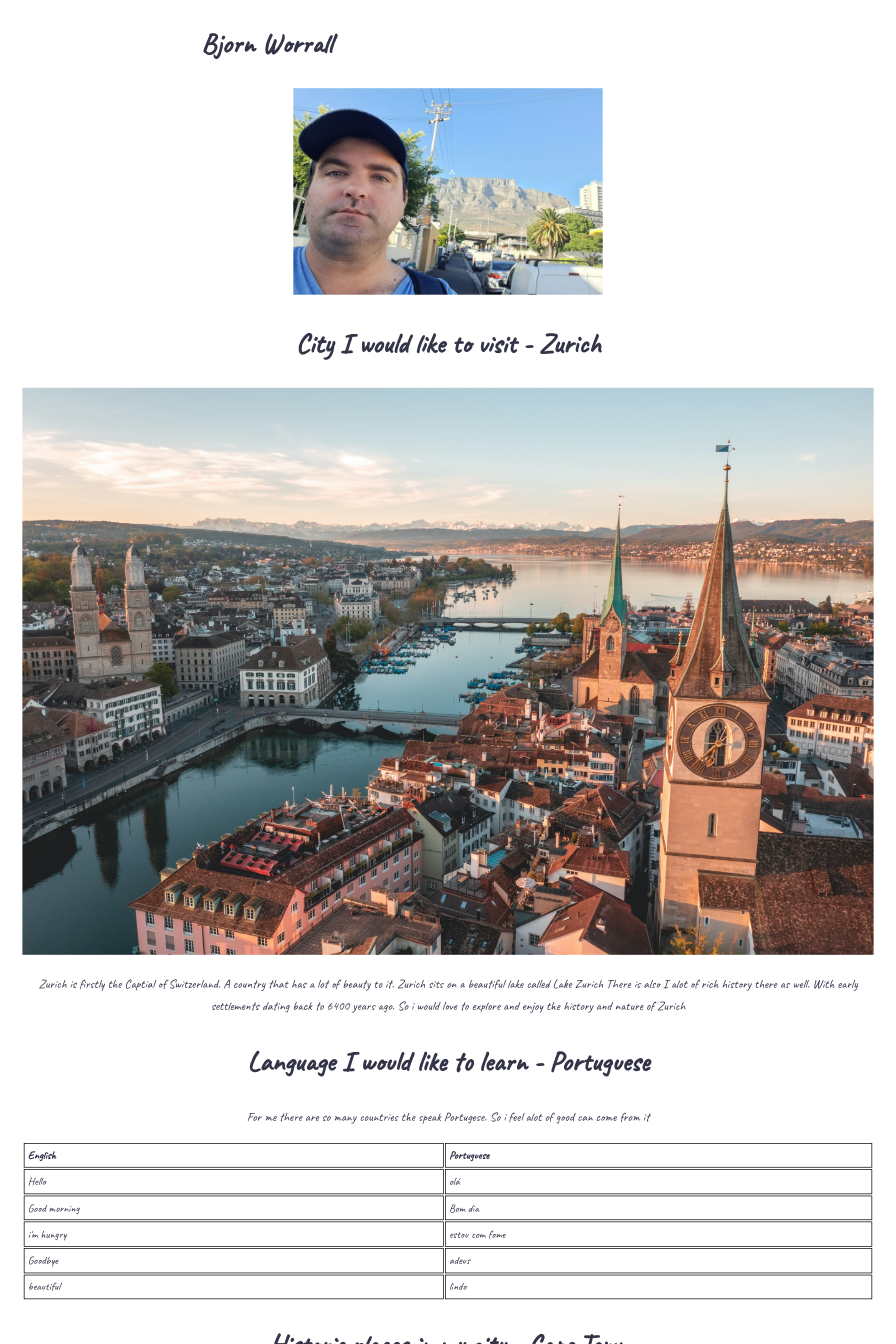
Repository: lasity34/basic-webpage
Page: my - webpage - grid.html
These files come from the project's save history. The page is drawn as it stood at one moment and after the next save; the edit follows.
The browser window is 1280 px wide. The pictures show the part of the page from y = 0 to 1920 px (the page is 3340 px tall before and 3286 px after), at 70% of full size.

Above is the page before, as saved 2023-03-06 16:26:28.

After the next save:
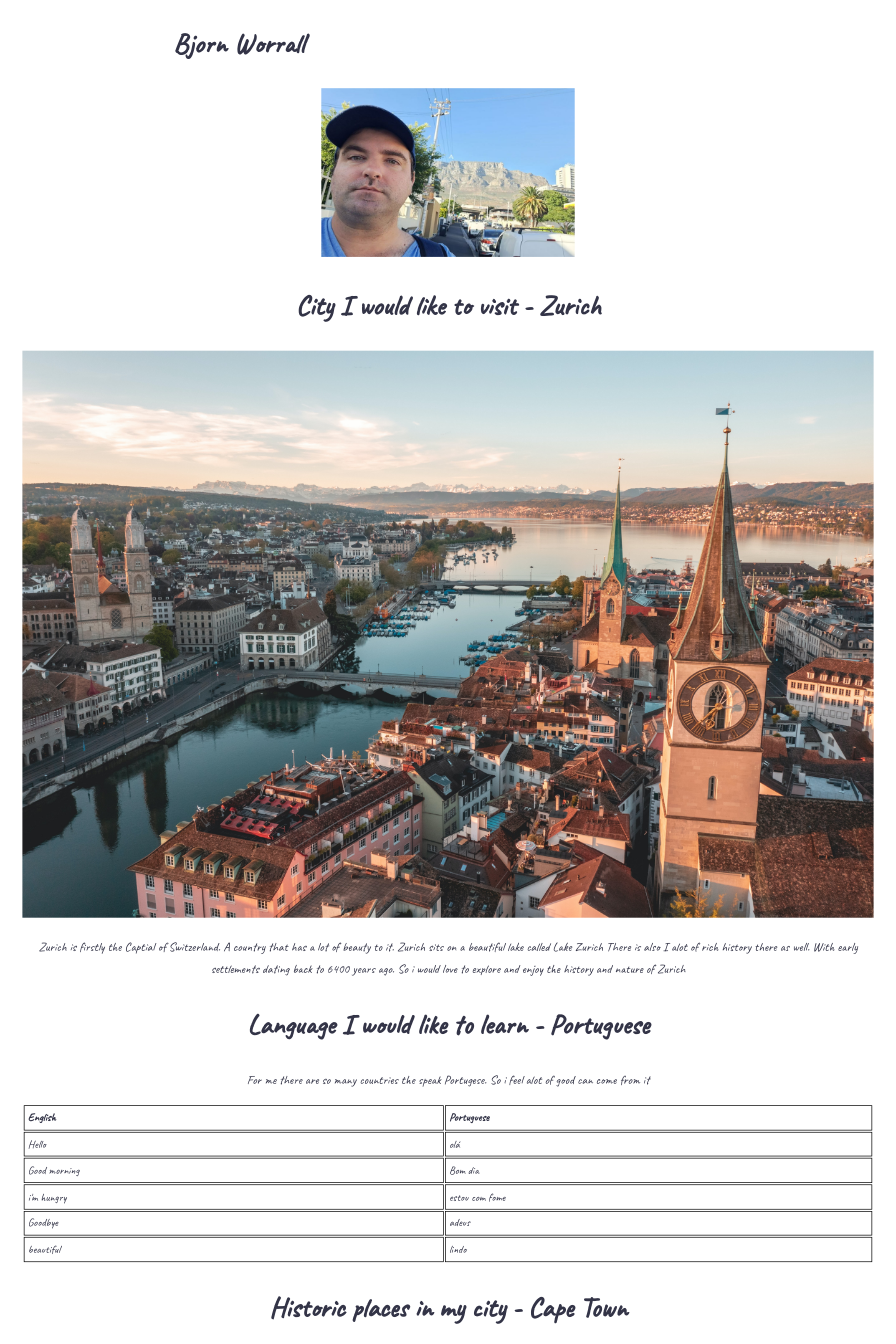
Saved 30 s later.
--- a/my - webpage - grid.html
+++ b/my - webpage - grid.html
@@ -19,10 +19,9 @@
     <main>
       <section id="profile_section" class="container">
         <div class="row">
-
-          <h1 class=" col-6-sm col-6">Bjorn Worrall</h1>
+          <h1 class="col-6-sm col-5">Bjorn Worrall</h1>
           <img
-            class="col-6-sm col-6"
+            class="col-6-sm col-5"
             id="profile_img"
             src="../images/profile.jpg"
             alt="A picture of me with table Mountain at the back"

After the 2 saves that followed:
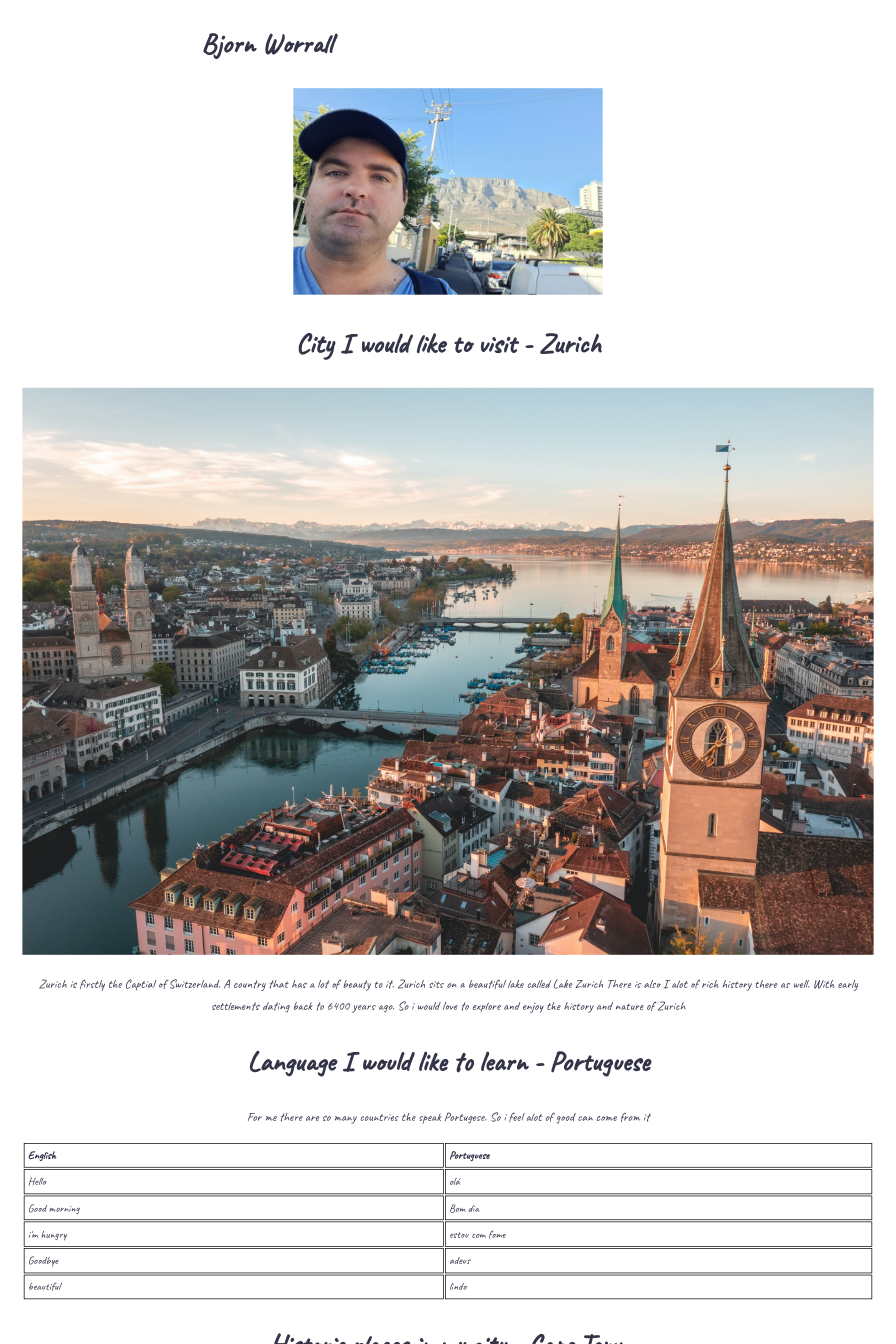
The 2 saves are shown as one change because 1 left the picture as it was.
The last was saved 3 min 18 s later.
--- a/my - webpage - grid.html
+++ b/my - webpage - grid.html
@@ -17,12 +17,12 @@
   </head>
   <body>
     <main>
-      <section id="profile_section" class="container">
+      <section class="container">
         <div class="row">
-          <h1 class="col-6-sm col-5">Bjorn Worrall</h1>
+          <h1 class="col-6">Bjorn Worrall</h1>
           <img
-            class="col-6-sm col-5"
-            id="profile_img"
+            class="col-6"
+
             src="../images/profile.jpg"
             alt="A picture of me with table Mountain at the back"
           />
